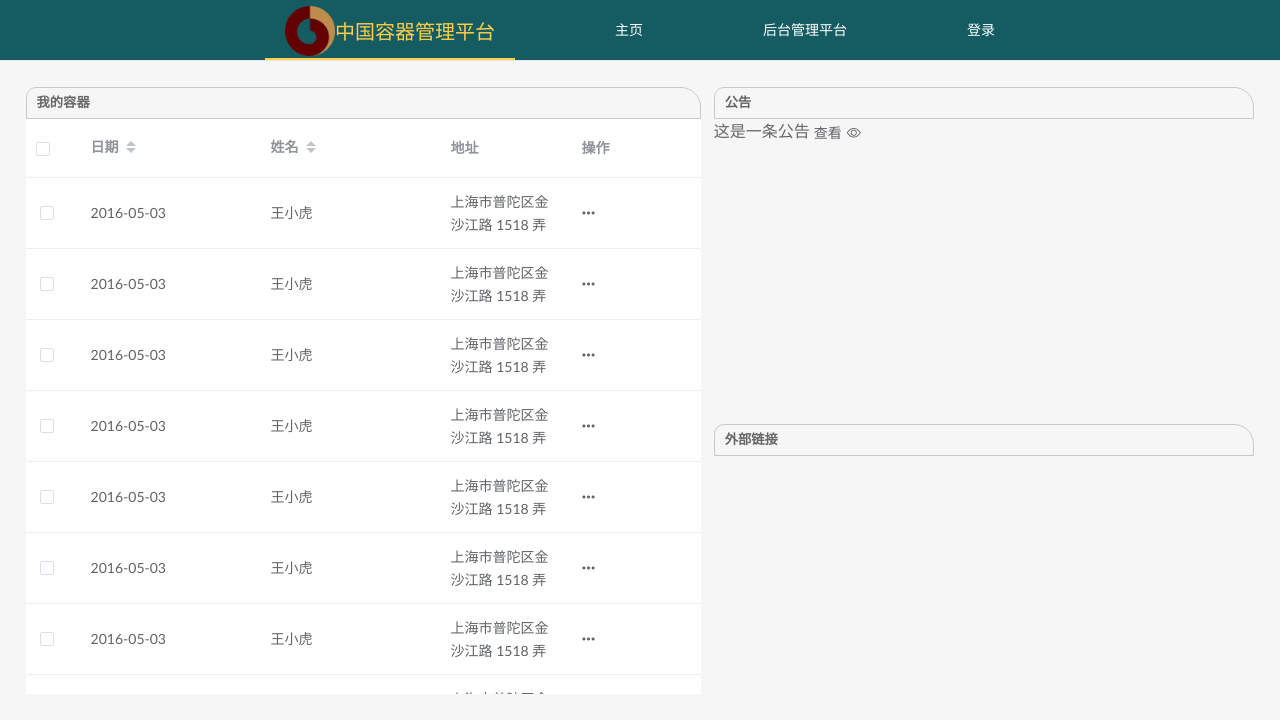
Repository: lei123zhou/zhongjin
Page: /main/home
An editor plug-in stored every save of this project. The page is shown before and after the next save, followed by the edit.
The browser window is 1280 px wide. The pictures show the whole page.
An inner scrolling area shows only its first screen. The project was rebuilt for these pictures with package versions that can differ from the ones it lists, and the page was loaded fresh each time. Also part of the build but not shown: vue.config.js.

Above is the page before, as saved 2022-08-29 20:18:39.

After the next save:
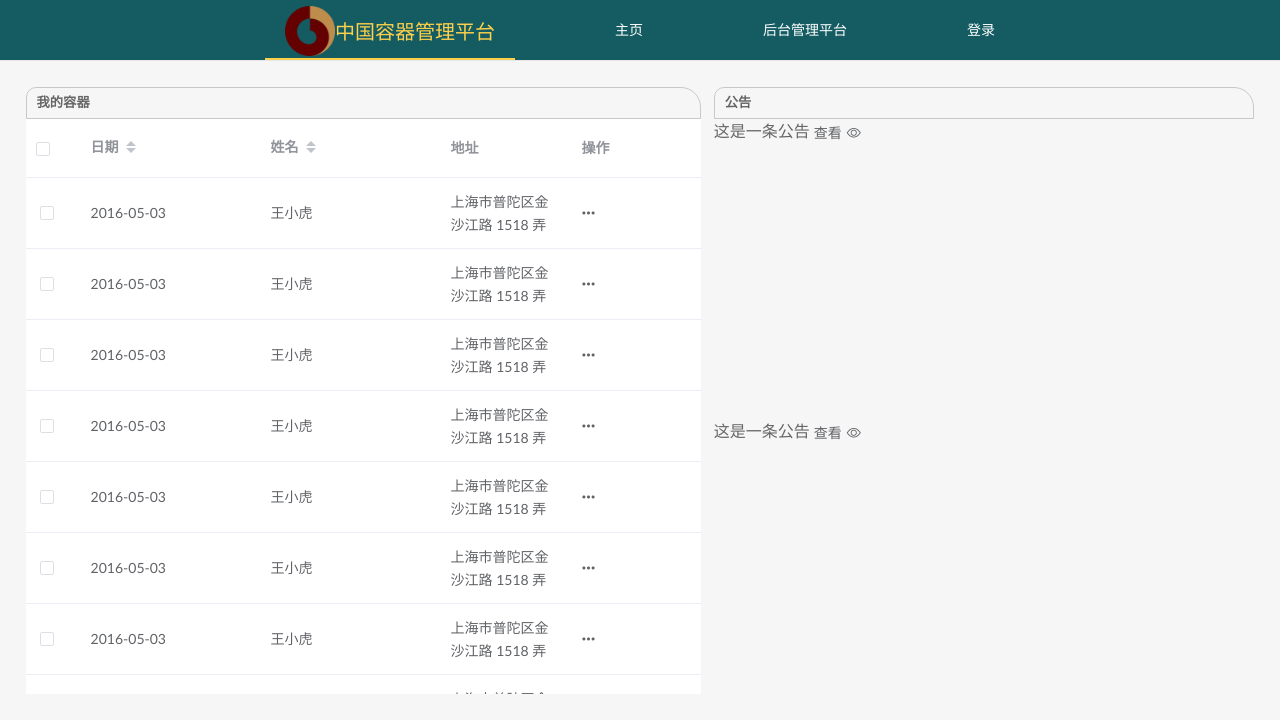
Saved 41 s later.
--- a/src/pages/home/HomePage.vue
+++ b/src/pages/home/HomePage.vue
@@ -55,6 +55,14 @@
           ></span>
           <diglog ref="show" :announcement="announcement"></diglog>
         </div>
+         <div class="contaion">
+          <span
+            >这是一条公告
+            <el-link @click="showDetail"
+              >查看<i class="el-icon-view el-icon--right"></i> </el-link
+          ></span>
+          <diglog ref="show" :announcement="announcement"></diglog>
+        </div>
       </div>
       <div class="right-down"><h5 class="title">外部链接</h5></div>
     </div>
